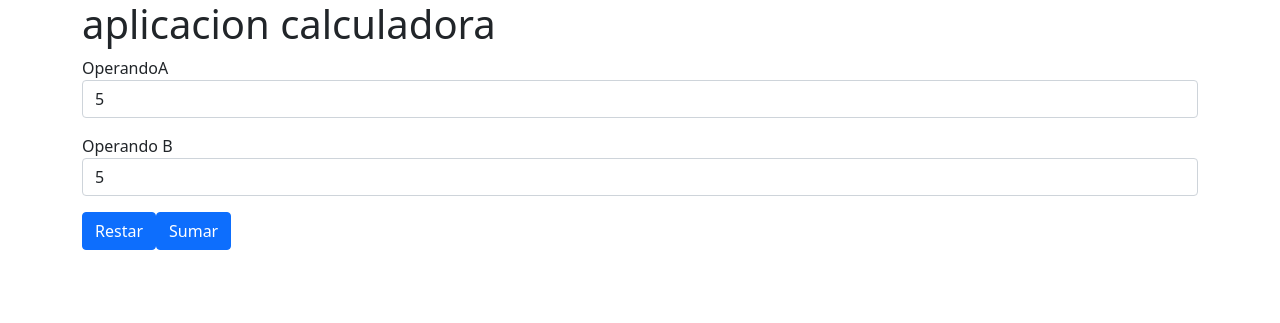
Repository: iwinser117/dw
Page: javascript udemy 43/ejercices/calculadora/index.html
These files come from the project's save history. The page is drawn as it stood at one moment and after the next save; the edit follows.
The browser window is 1280 px wide. The pictures show the whole page.
Empty fields were first filled with sample values (such as "Sample", 5 or name@example.com).
After loading, the first visible `button[onclick="sumar()"]` was clicked once.

Above is the page before, as saved 2022-10-02 12:06:54.
Console error: TypeError: Cannot set properties of null (setting 'innerHTML')

### javascript udemy 43/ejercices/calculadora/index.html
<!doctype html>
<html>

<head>
    <meta charset="utf-8">
    <meta name="viewport" content="width=device-width, initial-scale=1">
    <link href="https://cdn.jsdelivr.net/npm/bootstrap@5.1.3/dist/css/bootstrap.min.css" rel="stylesheet"
        integrity="sha384-1BmE4kWBq78iYhFldvKuhfTAU6auU8tT94WrHftjDbrCEXSU1oBoqyl2QvZ6jIW3" crossorigin="anonymous">

    <title>aplicacion calculadora</title>
</head>

<body>
    <div class="container">
        <h1 class="display-3s">aplicacion calculadora</h1>

        <form id="forma">
            <div class="mb-3">
                <label for="operandoA">OperandoA</label>
                <input type="number"  class="form-control" id="operandoA" placeholder="escribe operando A">
            </div>
            <div class="mb-3">
                <label for="operandoB">Operando B</label>
                <input type="number" class="form-control" placeholder="escribe operando B" id="operandoB">
            </div>


    </form>

    <div class="btn-fcn" style="display:flex">
        <button class="btn btn-primary mb-3" onclick="restar()">Restar</button>


    <button class="btn btn-primary mb-3" onclick="sumar()">Sumar</button>

    </div>

    <div id="resultadoResta"></div>
    <div id="resultado"></div>

    </div>
    </div>


    <script src="https://cdn.jsdelivr.net/npm/bootstrap@5.1.3/dist/js/bootstrap.bundle.min.js"
        integrity="sha384-ka7Sk0Gln4gmtz2MlQnikT1wXgYsOg+OMhuP+IlRH9sENBO0LRn5q+8nbTov4+1p"
        crossorigin="anonymous"></script>
    <script src="js/app.js"></script>
</body>

</html>

### javascript udemy 43/ejercices/calculadora/js/app.js

function sumar(){
    const forma = document.getElementById(`forma`);
    let operandoA = forma[`operandoA`];
    let operandoB = forma[`operandoB`];
    let resultado = parseInt(operandoA.value) + parseInt(operandoB.value);
    if (isNaN(resultado))
        resultado = `la operacion le faltan numeros`;
    document.getElementById(`resultado de la suma es`).innerHTML = `resultado : ${resultado}`;
    console.log(`resultado de la suma es : ${resultado}`);
}



function restar(){
    const forma = document.getElementById(`forma`);
    let operandoA = forma[`operandoA`];
    let operandoB = forma[`operandoB`];
    let resultadoResta = parseInt(operandoA.value) - parseInt(operandoB.value);
    if (isNaN(resultadoResta))
        resultadoResta = `la operacion le faltan numeros`;
    document.getElementById(`resultadoResta`).innerHTML = `resultado de la resta es : ${resultadoResta}`;
    console.log(`resultado de la resta es : ${resultadoResta}`);
}

After the next save:
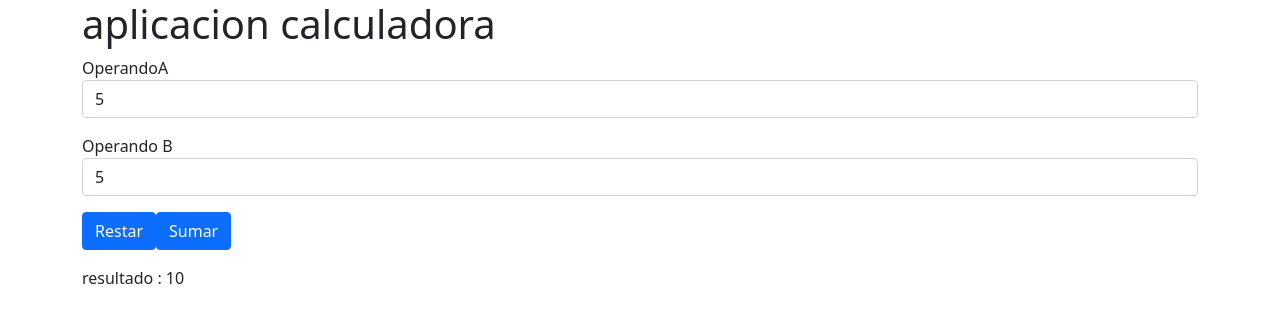
The error is gone.
Saved 38 s later.
--- a/javascript udemy 43/ejercices/calculadora/js/app.js
+++ b/javascript udemy 43/ejercices/calculadora/js/app.js
@@ -6,7 +6,7 @@ function sumar(){
     let resultado = parseInt(operandoA.value) + parseInt(operandoB.value);
     if (isNaN(resultado))
         resultado = `la operacion le faltan numeros`;
-    document.getElementById(`resultado de la suma es`).innerHTML = `resultado : ${resultado}`;
+    document.getElementById(`resultado`).innerHTML = `resultado : ${resultado}`;
     console.log(`resultado de la suma es : ${resultado}`);
 }
 
